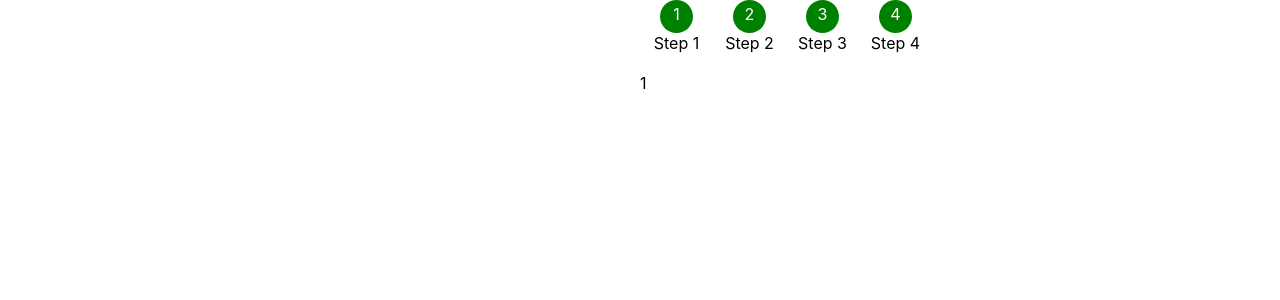
Repository: SD-Mdouka/project_step
Page: /
These files come from the project's save history. The page is drawn as it stood at one moment and after the next save; the edit follows.
The browser window is 1280 px wide. The pictures show the whole page.
The project was rebuilt for these pictures with package versions that can differ from the ones it lists, and the page was loaded fresh each time.

Above is the page before, as saved 2022-09-05 12:32:37.

### src/index.js
import React from "react";
import ReactDOM from "react-dom/client";
import "./index.css";
import App from "./Steps";
// import { AppBar, Toolbar, Typography } from "@material-ui/core";

const root = ReactDOM.createRoot(document.getElementById("root"));
root.render(
  <React.StrictMode>
    {/* <AppBar>
      <Toolbar>
        <Typography varient="h6">React app</Typography>
      </Toolbar>
    </AppBar> */}
    <App />
  </React.StrictMode>
);

### src/index.css
body {
    margin: 0;
    font-family: -apple-system, BlinkMacSystemFont, "Segoe UI", "Roboto", "Oxygen", "Ubuntu", "Cantarell", "Fira Sans", "Droid Sans", "Helvetica Neue", sans-serif;
    -webkit-font-smoothing: antialiased;
    -moz-osx-font-smoothing: grayscale;
}

code {
    font-family: source-code-pro, Menlo, Monaco, Consolas, "Courier New", monospace;
}

.App-Project {
    margin-inline: 50% !important;
}

.cirecle {
    width: 29px;
    height: 29px;
    line-height: 25px;
    background-color: green;
    color: white;
    border-radius: 50%;
    -webkit-border-radius: 50%;
    -moz-border-radius: 50%;
    -ms-border-radius: 50%;
    -o-border-radius: 50%;
    border: 2px solid transparent;
    text-align: center;
}

.stepsWrapp {
    display: flex;
    margin-bottom: 20px;
    text-align: center;
}

.stepeBlock .circleWrapper {
    padding: 0px 20px;
}

### src/Steps/index.js
import Step from "./Step";
import React, { useState } from "react";

function App() {
  const labelArray = ["Step 1", "Step 2", "Step 3", "Step 4"];
  const [currentSteps, setCurrentSteps] = useState(1);
  return (
    <div className="App-Project">
      <Step labelArray={labelArray} currentSteps={currentSteps}></Step>
      <p>{currentSteps}</p>
    </div>
  );
}

export default App;

### src/Steps/Step/index.js
import React, { useState } from "react";
import NavStep from "./NavStep";

const Step = (props) => {
  return (
    <div className="stepsWrapp">
      {props.labelArray.map((item, index) => (
        <NavStep key={index} index={index} label={item}></NavStep>
      ))}
    </div>
  );
};
export default Step;

### src/Steps/Step/NavStep/index.js
import React from "react";

const NavStep = (props) => {
  return (
    <div className="stepeBlock">
      <div className="circleWrapper">
        <div className="cirecle">{props.index + 1}</div>
      </div>
      <span>{props.label}</span>
    </div>
  );
};
export default NavStep;

Loaded but not shown: public/index.html (common file)

After the next save:
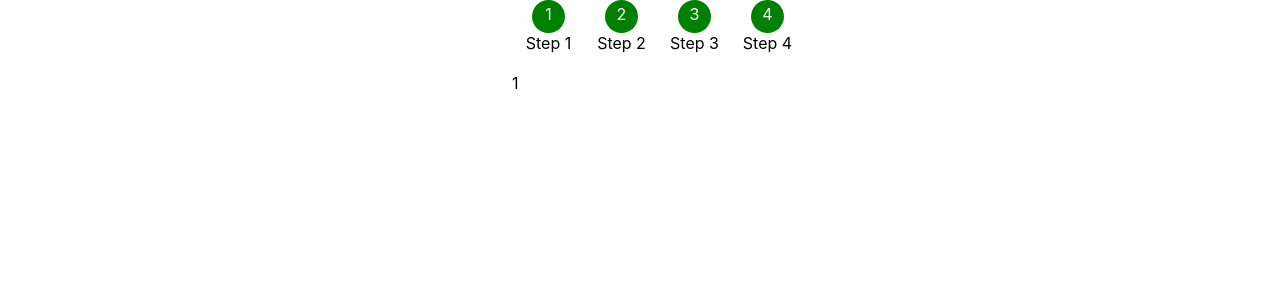
Saved 16 s later.
--- a/src/index.css
+++ b/src/index.css
@@ -10,7 +10,7 @@ code {
 }
 
 .App-Project {
-    margin-inline: 50% !important;
+    margin-inline: 40% !important;
 }
 
 .cirecle {
